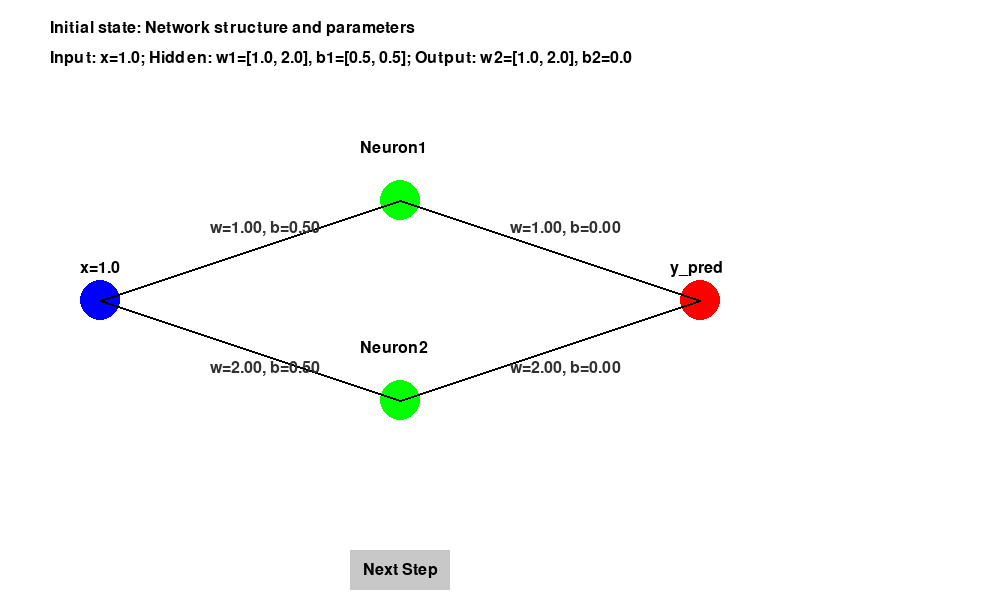
Repository: ducchuu/cnn_from_scratch
Script's output: python src/visualization/pygame_nn_simulator.py
The author's editor kept a copy of each file at every save. The script's output is drawn from the files as they stood at one save, then again after the next save.
The window is shown after at most 60 frames with no key pressed. Random numbers start from a fixed seed.

Above is the script's output before, as saved 2025-02-13 04:59:25.

### src/visualization/pygame_nn_simulator.py
import pygame
import sys

# 初始化 pygame
pygame.init()

# 屏幕设置
screen_width = 800
screen_height = 600
screen = pygame.display.set_mode((screen_width, screen_height))
pygame.display.set_caption("神经网络训练过程交互式可视化")

# 设置字体
font = pygame.font.SysFont(None, 24)

# 定义各层神经元的位置
input_pos = (100, screen_height // 2)
hidden1_pos = (400, screen_height // 3)
hidden2_pos = (400, screen_height * 2 // 3)
output_pos = (700, screen_height // 2)

# 定义"下一步"按钮的位置和大小
button_rect = pygame.Rect(screen_width // 2 - 50, screen_height - 50, 100, 40)

# 预定义各步的说明文字和对应的详细信息
steps = [
    {
        "desc": "Initial state: Network structure and parameters",
        "details": "Input: x=1.0; Hidden: w1=[1.0, 2.0], b1=[0.5, 0.5]; Output: w2=[1.0, 2.0], b2=0.0",
        "highlight_paths": [],
    },
    {
        "desc": "Forward pass: Calculate hidden layer weighted input",
        "details": "z1 = [1*1.0+0.5, 1*2.0+0.5] = [1.5, 2.5]",
        "highlight_paths": [(input_pos, hidden1_pos), (input_pos, hidden2_pos)],
    },
    {
        "desc": "Forward pass: Apply ReLU activation function",
        "details": "h = ReLU(z1) = [1.5, 2.5]",
        "highlight_paths": [(hidden1_pos, hidden1_pos), (hidden2_pos, hidden2_pos)],
    },
    {
        "desc": "Forward pass: Calculate output layer output",
        "details": "y_pred = h•w2 + b2 = 1.5*1.0 + 2.5*2.0 = 6.5",
        "highlight_paths": [(hidden1_pos, output_pos), (hidden2_pos, output_pos)],
    },
    {
        "desc": "Calculate loss: Use Mean Squared Error (MSE)",
        "details": "L = 0.5*(6.5-7.0)^2 = 0.125",
        "highlight_paths": [(output_pos, output_pos)],
    },
    {
        "desc": "Backward pass: Calculate output layer gradient",
        "details": "dL/dy_pred = y_pred - target = -0.5",
        "highlight_paths": [(output_pos, output_pos)],
    },
    {
        "desc": "Backward pass: Calculate output layer weight gradient",
        "details": "grad_w2 = dL/dy_pred * h = -0.5 * [1.5, 2.5] = [-0.75, -1.25]",
        "highlight_paths": [(hidden1_pos, output_pos), (hidden2_pos, output_pos)],
    },
    {
        "desc": "Backward pass: Gradient propagation to hidden layer",
        "details": "dL/dh = dL/dy_pred * w2 = [-0.5, -1.0]",
        "highlight_paths": [(output_pos, hidden1_pos), (output_pos, hidden2_pos)],
    },
    {
        "desc": "Backward pass: Calculate hidden layer weight gradient",
        "details": "grad_w1 = dL/dz1 * x = [-0.5, -1.0]",
        "highlight_paths": [(input_pos, hidden1_pos), (input_pos, hidden2_pos)],
    },
    {
        "desc": "Parameter update: Update all layer parameters",
        "details": "new_w1=[1.05,2.1], new_b1=[0.55,0.6]; new_w2=[1.075,2.125], new_b2=0.05",
        "highlight_paths": [
            (input_pos, hidden1_pos),
            (input_pos, hidden2_pos),
            (hidden1_pos, output_pos),
            (hidden2_pos, output_pos),
        ],
    },
]

# 修改颜色定义，使用更鲜明的配色
COLORS = {
    "input_value": (0, 120, 255),  # 深蓝色
    "weights": (50, 50, 50),  # 深灰色
    "activation": (34, 139, 34),  # 森林绿
    "gradients": (220, 20, 60),  # 猩红色
    "loss": (255, 140, 0),  # 深橙色
    "updated_params": (148, 0, 211),  # 深紫色
    "neuron_label": (0, 0, 0),  # 黑色
}

# 当前步骤变量（初始为 0）
step = 0


def draw_network(screen, step):
    # 清空屏幕（填充白色）
    screen.fill((255, 255, 255))

    # 根据前向传播过程定义相关变量
    # 定义输入层的输入值
    x = 1.0
    # 计算隐藏层的加权输入 z1，根据步骤1的示例计算
    z1 = [x * 1.0 + 0.5, x * 2.0 + 0.5]  # 得到 [1.5, 2.5]
    # 使用 ReLU 激活函数计算隐藏层输出 h
    h = [max(0, val) for val in z1]  # 结果为 [1.5, 2.5]

    # 画出各层神经元：用圆圈表示
    # 输入层（蓝色）
    pygame.draw.circle(screen, (0, 0, 255), input_pos, 20)
    # 隐藏层（绿色）
    pygame.draw.circle(screen, (0, 255, 0), hidden1_pos, 20)
    pygame.draw.circle(screen, (0, 255, 0), hidden2_pos, 20)
    # 输出层（红色）
    pygame.draw.circle(screen, (255, 0, 0), output_pos, 20)

    # 画出各层之间的连线
    pygame.draw.line(screen, (0, 0, 0), input_pos, hidden1_pos, 2)
    pygame.draw.line(screen, (0, 0, 0), input_pos, hidden2_pos, 2)
    pygame.draw.line(screen, (0, 0, 0), hidden1_pos, output_pos, 2)
    pygame.draw.line(screen, (0, 0, 0), hidden2_pos, output_pos, 2)

    # 在输入层节点旁显示 x=1.0
    text = font.render("x=1.0", True, (0, 0, 0))
    screen.blit(text, (input_pos[0] - 20, input_pos[1] - 40))

    # 在隐藏层节点旁显示神经元标签
    text = font.render("Neuron1", True, COLORS["neuron_label"])
    screen.blit(text, (hidden1_pos[0] - 40, hidden1_pos[1] - 60))
    text = font.render("Neuron2", True, COLORS["neuron_label"])
    screen.blit(text, (hidden2_pos[0] - 40, hidden2_pos[1] - 60))

    # 在输出层节点旁显示 y_pred 标签
    text = font.render("y_pred", True, (0, 0, 0))
    screen.blit(text, (output_pos[0] - 30, output_pos[1] - 40))

    # 在连线上显示权重和偏置
    def draw_weight_bias(start_pos, end_pos, w, b, color, offset=0):
        mid_x = (start_pos[0] + end_pos[0]) // 2
        mid_y = (start_pos[1] + end_pos[1]) // 2 + offset
        text = font.render(f"w={w:.2f}, b={b:.2f}", True, color)
        screen.blit(text, (mid_x - 40, mid_y - 10))

    # 绘制初始权重和偏置
    if step < 9:  # 未更新参数时显示初始值
        # 输入层到隐藏层的权重和偏置
        draw_weight_bias(input_pos, hidden1_pos, 1.0, 0.5, COLORS["weights"], -20)
        draw_weight_bias(input_pos, hidden2_pos, 2.0, 0.5, COLORS["weights"], 20)
        # 隐藏层到输出层的权重和偏置
        draw_weight_bias(hidden1_pos, output_pos, 1.0, 0.0, COLORS["weights"], -20)
        draw_weight_bias(hidden2_pos, output_pos, 2.0, 0.0, COLORS["weights"], 20)
    else:  # 参数更新后显示新值
        # 输入层到隐藏层的新权重和偏置
        draw_weight_bias(
            input_pos, hidden1_pos, 1.05, 0.55, COLORS["updated_params"], -20
        )
        draw_weight_bias(input_pos, hidden2_pos, 2.1, 0.6, COLORS["updated_params"], 20)
        # 隐藏层到输出层的新权重和偏置
        draw_weight_bias(
            hidden1_pos, output_pos, 1.075, 0.05, COLORS["updated_params"], -20
        )
        draw_weight_bias(
            hidden2_pos, output_pos, 2.125, 0.05, COLORS["updated_params"], 20
        )

    # 调整其他文本位置避免重叠
    if step >= 1:
        # 隐藏层激活值
        text = font.render(f"z={z1[0]:.1f}", True, COLORS["activation"])
        screen.blit(text, (hidden1_pos[0] + 30, hidden1_pos[1] - 40))
        text = font.render(f"z={z1[1]:.1f}", True, COLORS["activation"])
        screen.blit(text, (hidden2_pos[0] + 30, hidden2_pos[1] - 40))

    if step >= 2:
        text = font.render(f"h={h[0]:.1f}", True, COLORS["activation"])
        screen.blit(text, (hidden1_pos[0] + 30, hidden1_pos[1]))
        text = font.render(f"h={h[1]:.1f}", True, COLORS["activation"])
        screen.blit(text, (hidden2_pos[0] + 30, hidden2_pos[1]))

    if step >= 3:
        # 显示输出层计算结果 y_pred - 移到节点右侧
        text = font.render("y_pred=6.5", True, COLORS["gradients"])
        screen.blit(text, (output_pos[0] + 30, output_pos[1]))

    if step >= 4:
        # 显示损失 L - 移到输出节点下方
        text = font.render("L = 0.125", True, COLORS["loss"])
        screen.blit(text, (output_pos[0] + 30, output_pos[1] + 30))

    if step >= 5:
        # 显示输出层梯度 dL/dy_pred - 移到输出节点上方
        text = font.render("dL/dy_pred = -0.5", True, COLORS["gradients"])
        screen.blit(text, (output_pos[0] - 60, output_pos[1] - 40))

    if step >= 6:
        # 显示输出层权重梯度 grad_w2 - 移到连线中间
        text = font.render("grad_w2 = [-0.75, -1.25]", True, COLORS["gradients"])
        screen.blit(
            text,
            (
                (hidden1_pos[0] + output_pos[0]) // 2 - 60,
                (hidden1_pos[1] + output_pos[1]) // 2 - 40,
            ),
        )

    if step >= 7:
        # 显示传递到隐藏层的梯度 dL/dh - 移到隐藏层节点左上方
        text = font.render("dL/dh = [-0.5, -1.0]", True, COLORS["gradients"])
        screen.blit(text, (hidden1_pos[0] - 150, hidden1_pos[1] - 30))
        screen.blit(text, (hidden2_pos[0] - 150, hidden2_pos[1] - 30))

    if step >= 8:
        # 显示隐藏层权重梯度 grad_w1 - 移到输入层与隐藏层之间的连线上
        text = font.render("grad_w1 = [-0.5, -1.0]", True, COLORS["gradients"])
        screen.blit(
            text,
            (
                (input_pos[0] + hidden1_pos[0]) // 2 - 80,
                (input_pos[1] + hidden1_pos[1]) // 2 - 30,
            ),
        )

    # 在屏幕顶部显示当前步骤的说明
    current_step = steps[step]
    step_text = font.render(current_step["desc"], True, (0, 0, 0))
    screen.blit(step_text, (50, 20))
    detail_text = font.render(current_step["details"], True, (0, 0, 0))
    screen.blit(detail_text, (50, 50))

    # 调整"Next Step"按钮样式
    pygame.draw.rect(screen, (200, 200, 200), button_rect)
    button_text = font.render("Next Step", True, (0, 0, 0))
    button_text_rect = button_text.get_rect(center=button_rect.center)
    screen.blit(button_text, button_text_rect)

    # 绘制高亮路径
    current_step = steps[step]
    for path in current_step["highlight_paths"]:
        pygame.draw.line(screen, (255, 255, 0), path[0], path[1], 4)  # 黄色高亮


# 主循环
clock = pygame.time.Clock()
running = True

while running:
    clock.tick(30)  # 控制帧率 30 FPS

    for event in pygame.event.get():
        if event.type == pygame.QUIT:
            running = False
            break

        # 点击鼠标按钮（仅响应按钮范围内的点击）
        if event.type == pygame.MOUSEBUTTONDOWN:
            if button_rect.collidepoint(event.pos):
                if step < len(steps) - 1:
                    step += 1
                else:
                    # 如果已完成所有步骤，则重置回初始状态
                    step = 0

    # 绘制网络和步骤信息
    draw_network(screen, step)

    # 更新屏幕
    pygame.display.flip()

pygame.quit()
sys.exit()

After the next save:
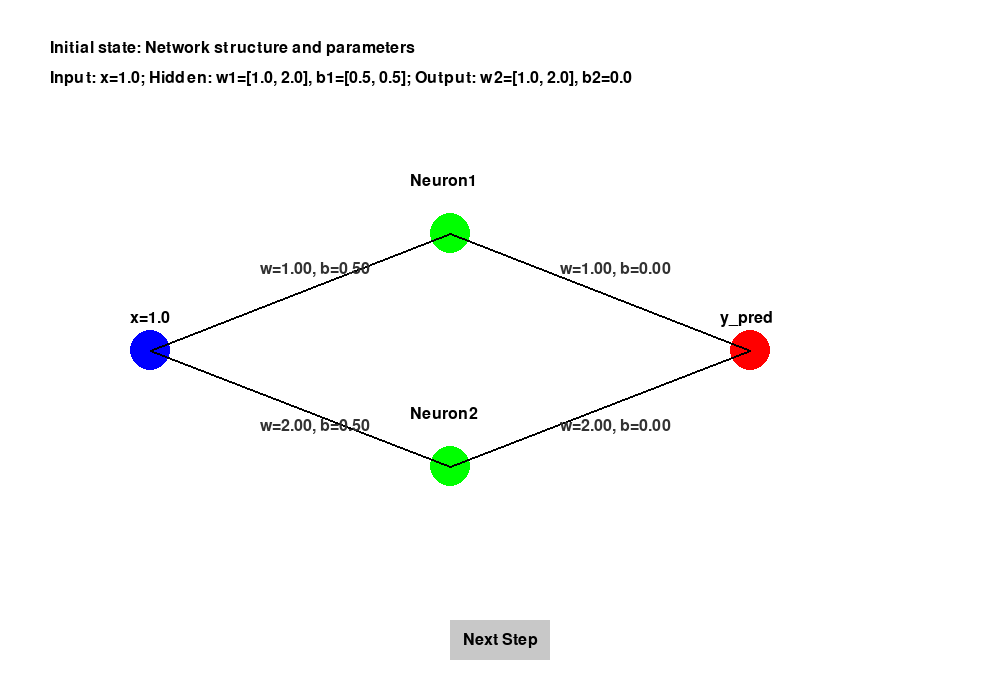
Saved 5 min 28 s later.
--- a/src/visualization/pygame_nn_simulator.py
+++ b/src/visualization/pygame_nn_simulator.py
@@ -5,8 +5,8 @@ import sys
 pygame.init()
 
 # 屏幕设置
-screen_width = 800
-screen_height = 600
+screen_width = 1000
+screen_height = 700
 screen = pygame.display.set_mode((screen_width, screen_height))
 pygame.display.set_caption("神经网络训练过程交互式可视化")
 
@@ -14,13 +14,13 @@ pygame.display.set_caption("神经网络训练过程交互式可视化")
 font = pygame.font.SysFont(None, 24)
 
 # 定义各层神经元的位置
-input_pos = (100, screen_height // 2)
-hidden1_pos = (400, screen_height // 3)
-hidden2_pos = (400, screen_height * 2 // 3)
-output_pos = (700, screen_height // 2)
+input_pos = (150, screen_height // 2)
+hidden1_pos = (450, screen_height // 3)
+hidden2_pos = (450, screen_height * 2 // 3)
+output_pos = (750, screen_height // 2)
 
 # 定义"下一步"按钮的位置和大小
-button_rect = pygame.Rect(screen_width // 2 - 50, screen_height - 50, 100, 40)
+button_rect = pygame.Rect(screen_width // 2 - 50, screen_height - 80, 100, 40)
 
 # 预定义各步的说明文字和对应的详细信息
 steps = [
@@ -183,12 +183,12 @@ def draw_network(screen, step):
     if step >= 3:
         # 显示输出层计算结果 y_pred - 移到节点右侧
         text = font.render("y_pred=6.5", True, COLORS["gradients"])
-        screen.blit(text, (output_pos[0] + 30, output_pos[1]))
+        screen.blit(text, (output_pos[0] + 40, output_pos[1]))
 
     if step >= 4:
         # 显示损失 L - 移到输出节点下方
         text = font.render("L = 0.125", True, COLORS["loss"])
-        screen.blit(text, (output_pos[0] + 30, output_pos[1] + 30))
+        screen.blit(text, (output_pos[0] + 40, output_pos[1] + 30))
 
     if step >= 5:
         # 显示输出层梯度 dL/dy_pred - 移到输出节点上方
@@ -226,9 +226,9 @@ def draw_network(screen, step):
     # 在屏幕顶部显示当前步骤的说明
     current_step = steps[step]
     step_text = font.render(current_step["desc"], True, (0, 0, 0))
-    screen.blit(step_text, (50, 20))
+    screen.blit(step_text, (50, 40))
     detail_text = font.render(current_step["details"], True, (0, 0, 0))
-    screen.blit(detail_text, (50, 50))
+    screen.blit(detail_text, (50, 70))
 
     # 调整"Next Step"按钮样式
     pygame.draw.rect(screen, (200, 200, 200), button_rect)
